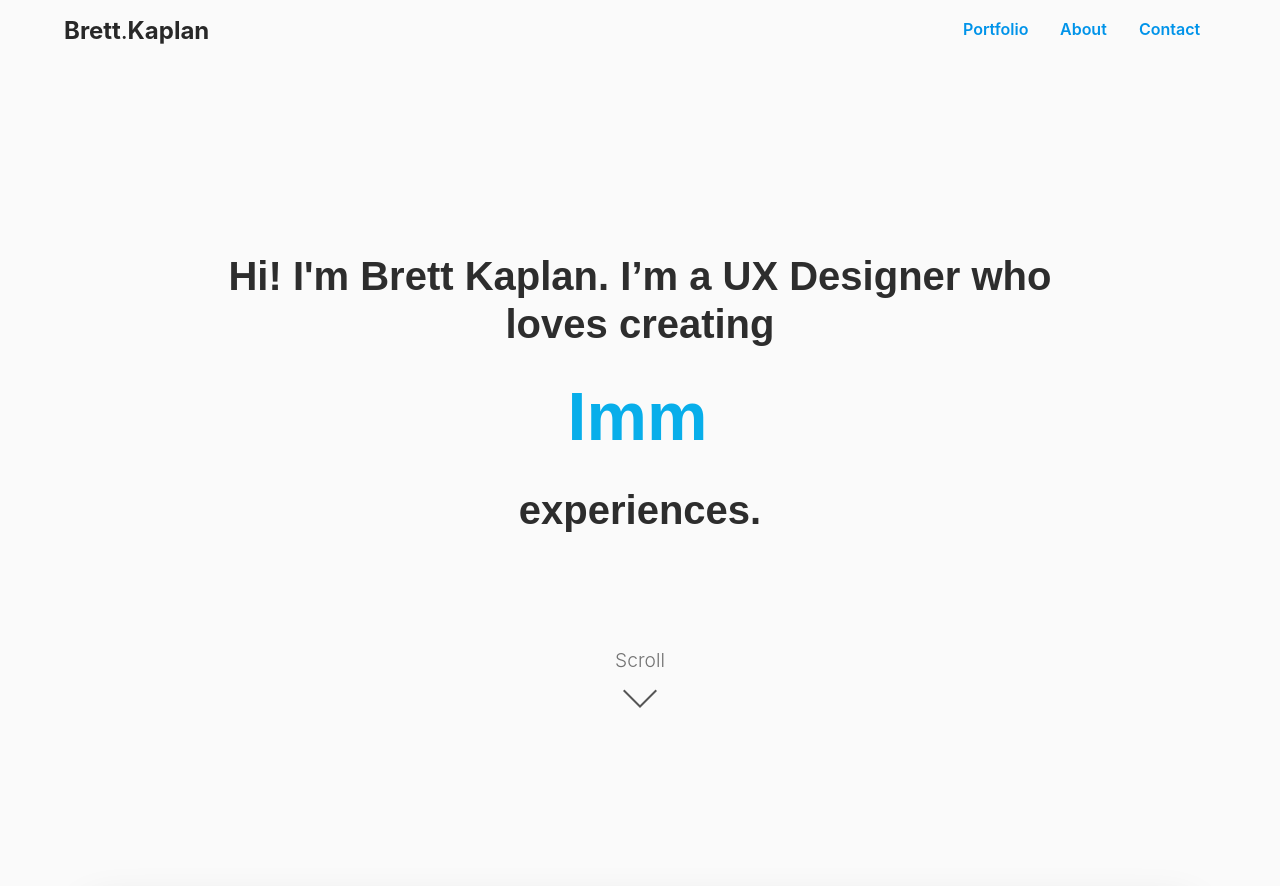
Repository: bkap1690/bkap1690.github.io
Page: index.html
These files come from the project's save history. The page is drawn as it stood at one moment and after the next save; the edit follows.
The browser window is 1280 px wide. The pictures show the part of the page from y = 0 to 886 px (the page is 2190 px tall).
A picture or video elsewhere on the page could not be fetched, so the positions and the page height are approximate. Some web libraries are served in a nearby version.

Above is the page before, as saved 2020-10-12 22:17:54.
Console error: TypeError: Cannot set properties of null (setting 'className')

### index.html
<!DOCTYPE html>
<html lang="en">

<head>
  <meta charset="UTF-8">
  <meta name="viewport" content="width=device-width, initial-scale=1.0">
  <meta http-equiv="X-UA-Compatible" content="ie=edge">
  <meta name="Description" content="Enter your description here" />
  <link rel="stylesheet" href="https://cdnjs.cloudflare.com/ajax/libs/twitter-bootstrap/4.5.0/css/bootstrap.min.css">
  <link rel="stylesheet" href="https://cdnjs.cloudflare.com/ajax/libs/font-awesome/5.13.0/css/all.min.css">
  <link rel="stylesheet" href="css/style.min.css">
  <link rel="stylesheet" href="css/hover-min.css">
  <link href="https://unpkg.com/aos@2.3.1/dist/aos.css" rel="stylesheet">
  <title>Brett Kaplan</title>
</head>
<script>
  document.body.className = 'js';
</script>

<body>
  <header>
    <nav class="navbar navbar-expand-lg navbar-light bg-light fixed-top">
      <a class="navbar-brand nav-logo pl-lg-5" href="#">Brett<span id="logo-dot">.</span>Kaplan</a>
      <button class="navbar-toggler" type="button" data-toggle="collapse" data-target="#navbarSupportedContent"
        aria-controls="navbarSupportedContent" aria-expanded="false" aria-label="Toggle navigation">
        <span class="navbar-toggler-icon"></span>
      </button>

      <div class="collapse navbar-collapse justify-content-end" id="navbarSupportedContent">
        <ul class="navbar-nav pr-lg-5">
          <li class="nav-item active">
            <a class="main-nav-link hvr-underline-from-center mx-3 px-0" href="index.html">Portfolio <span
                class="sr-only">(current)</span></a>
          </li>
          <li class="nav-item">
            <a class="main-nav-link hvr-underline-from-center mx-3 px-0" href="about.html">About</a>
          </li>
          <li class="nav-item">
            <a class="main-nav-link hvr-underline-from-center mx-3 px-0" href="contact.html">Contact</a>
          </li>
        </ul>
      </div>
    </nav>
  </header>
  <div class="top-content container-fluid">
    <div class="row justify-content-center align-items-center">
      <!-- Content here -->
      <div class="headline col-lg-8 col-md-12">
        <h1 class="heading text-center">
          Hi! I'm Brett Kaplan. I’m a UX Designer who loves creating
        </h1>
        <h1 class="typing heading text-center">
          <span class="txt-rotate" data-period="2000"
            data-rotate='[ "enjoyable", "immersive", "people-focused" ]'></span>
        </h1>
        <h1 class="heading text-center">
          experiences.
        </h1>
      </div>
      <!-- <div class="floating-images col-lg-4 col-md-12">
        <ul class="floating-images__container">

          <li class="floating-image">
            <div class="image img-container">
              <img src="dist/img/hero-images/x06-news_app_concept.png.pagespeed.ic.EnncIiBDpJ.webp" alt="">
            </div>
          </li>
          <li class="floating-image">
            <div class="image img-container">
              <img src="dist/img/hero-images/x07-newsletter_landing_page.png.pagespeed.ic.LBzXV0xePM.webp" alt="">
            </div>
          </li>
          <li class="floating-image">
            <div class="image img-container">
              <img src="dist/img/hero-images/x08-landing-page-template.png.pagespeed.ic.x9f71mSB3h.webp" alt="">
            </div>
          </li>
          <li class="floating-image">
            <div class="image img-container">
              <img src="dist/img/hero-images/x09-hero_idea__2.png.pagespeed.ic.W4DFxZuD9m.webp" alt="">
            </div>
          </li>
          <li class="floating-image">
            <div class="image img-container">
              <img src="assets/CityPupsMocks_thumbnail.png" alt="">
            </div>
          </li>
          <li class="floating-image">
            <div class="image img-container">
              <img src="dist/img/hero-images/x11-looper_wallpapers.png.pagespeed.ic.aa73FLs4iI.webp" alt="">
            </div>
          </li>
        </ul>
      </div> -->
    </div>
    <div class="scroll d-flex justify-content-center mt-5 pt-2"><a href="#section1">Scroll</a></div>
    <div id="section04" class="d-flex mt-1 justify-content-center">
      <a href="#section1"></a>
    </div>
  </div>





  <section id="section1" class="section-gap">
    <div class="container col-centered">
      <a href="./sportsstream.html">
        <div class="my-5 py-6 aos-init aos-animate" data-aos="fade-up" data-aos-duration="600">

          <div class="row card-project-big justify-content-between align-items-center">

            <div class="col-md-6 card-round-lg card-round-sm card-gradient-blue">
              <img width="100%" src="assets/sportsstream_app_case_study_hero.png" aria-label="Image" role="img">
            </div>

            <div class="col-md-6">
              <div class="card-body">
                <h5 class="card-title">SportsStream App</h5>
                <p class="card-subtitle">UX Design | UX Research | UI Design | Information
                  Architecture
                </p>
                <p class="card-text">Access all sporting games and events within a dedicated sports streaming app.</p>
              </div>
            </div>
          </div>
        </div>
      </a>

      <a href="./sportsstream.html">
        <div class="my-5 py-6 aos-init aos-animate" data-aos="fade-up" data-aos-duration="600">

          <div class="row card-project-big justify-content-between align-items-center">
            <div class="col-md-6 card-round-lg card-round-sm card-gradient-orange">
              <img width="100%" src="assets/CityPupsMocks_Big.svg" aria-label="Image" role="img">

            </div>
            <div class="col-md-6">
              <div class="card-body">
                <h5 class="card-title">CityPups</h5>
                <p class="card-subtitle">UX Design | UX Research | UI Design | Interaction
                  Design</p>
                <p class="card-text">Helping city-goers match with dogs suited to the city lifestyle.</p>
              </div>
            </div>
          </div>
        </div>
      </a>
      <!-- <a href="./sportsstream.html">
        <div class="my-5 py-6 aos-init aos-animate" data-aos="fade-up" data-aos-duration="600">

          <div class="row card-project-big justify-content-between align-items-center">
            <div class="col-md-6 card-round-lg card-round-sm card-gradient-red">
              <img width=" 100%" src="" aria-label="Image" role="img">

            </div>
            <div class="col-md-6">
              <div class="card-body">
                <h5 class="card-title">Card title</h5>
                <p class="card-text">It's a broader card with text below as a natural lead-in to extra content. This
                  content is a little longer.</p>
                <p class="card-text"><small class="text-muted">Last updated 3 mins ago</small></p>
              </div>
            </div>
          </div>
        </div>
      </a> -->

    </div>

    <!--------------- Grid Project List Style -- To Be Used At A Later Date ----------------->

    <!-- <ul class="thumbnail-grid">

        <a href="./sportsstream.html">
          <li data-aos="fade-up" data-aos-duration="600" class="thumbnail-grid-item aos-init aos-animate">
            <div class="card-project"
              style="background-image: url('assets/sportsstream_app_case_study_hero.png'); background-size: contain; background-repeat: no-repeat;">
              <div class="card-bottom">
                <h4 class="card-title">
                  SportsStream App
                </h4>
                <h5 class="card-subtitle">
                  UX/UI Design, Research, AI
                </h5>
                <p class="card-content">
                  Stream your favorite sports.
                </p>
              </div>
            </div>
          </li>
        </a>


        <a href="./citypups.html">
          <li data-aos="fade-up" data-aos-duration="600" data-aos-delay="200"
            class="thumbnail-grid-item aos-init aos-animate">
            <div class="card-project"
              style="background-image: url('assets/CityPupsMocks.png'); background-size: contain; background-repeat: no-repeat;">
              <div class="card-bottom">
                <h4 class="card-title">
                  CityPups Website
                </h4>
                <h5 class="card-subtitle">
                  UX/UI Design, Interaction Design
                </h5>
                <p class="card-content">
                  Helping city-goers find dogs.
                </p>
              </div>
            </div>
          </li>
        </a>
        <br>
        <br>
        <br>
        <a href="./works/mirror-mirror.html">
          <li data-aos="fade-up" data-aos-duration="600" data-aos-delay="200" data-aos-offset="-50"
            class="thumbnail-grid-item aos-init aos-animate">
            <div class="card-project"
              style="background-image: url('assets/CityPupsMocks.png'); background-size: contain; background-repeat: no-repeat;">
              <div class="card-bottom">
                <h4 class="card-title">
                  Relayto Platform
                </h4>
                <h5 class="card-subtitle">
                  UX Design, UX Research, AI
                </h5>
                <p class="card-content">
                  Easily transform your static PDFs into web-based presentations
                </p>
              </div>
            </div>
          </li>
        </a>

        <a href="./works/THD.html">
          <li data-aos="fade-up" data-aos-duration="600" data-aos-delay="200"
            class="thumbnail-grid-item aos-init aos-animate">
            <div class="card-project"
              style="background-image: url('assets/CityPupsMocks.png'); background-size: contain; background-repeat: no-repeat;">
              <div class="card-bottom">
                <h4 class="card-title">
                  My Home Depot Internship
                </h4>
                <h5 class="card-subtitle">
                  UX/UI Design, UX Research, Internship
                </h5>
                <p class="card-content">
                  What I learned and what I could have done during my Home Depot internship.
                </p>
              </div>
            </div>
          </li>
        </a>
      </ul> -->
    </div>
  </section>
  <a class="hidden" href="" id="scroll-to-top"><i class="fa fa-chevron-up" aria-hidden="true"></i></a>
  <!-- Footer -->
  <footer class="page-footer">

    <!-- Footer Elements -->
    <div class="container d-flex justify-content-center">

      <!-- Grid row-->
      <div class="row">

        <!-- Grid column -->
        <div class="col-md-12 pt-5 pb-2">
          <div class=" flex-center">

            <!-- Facebook -->
            <a class="sl-ic" href="" target="_blank">
              <i class="fab fa-facebook-f fa-lg white-text mr-md-4 mr-3"> </i>
            </a>
            <!--Linkedin -->
            <a class="sl-ic" href="" target="_blank">
              <i class="fab fa-linkedin-in fa-lg white-text mr-md-4 mr-3"> </i>
            </a>
            <!--Dribbble -->
            <a class="sl-ic" href="" target="_blank">
              <i class="fab fa-dribbble fa-lg white-text mr-md-4 mr-3"> </i>
            </a>
          </div>
        </div>
        <!-- Grid column -->

      </div>
      <!-- Grid row-->

    </div>
    <!-- Footer Elements -->

    <!-- Copyright -->
    <div class="footer-copyright text-center py-3">© 2020 Copyright:
      <a href="https://mdbootstrap.com/"> brettkaplan.design</a>
    </div>
    <!-- Copyright -->

  </footer>
  <!-- Footer -->
  <section class="test2"></section>
  <script src="https://unpkg.com/aos@next/dist/aos.js"></script>
  <script>
    AOS.init();
  </script>

  <script src="https://code.jquery.com/jquery-3.5.1.min.js"
    integrity="sha256-9/aliU8dGd2tb6OSsuzixeV4y/faTqgFtohetphbbj0=" crossorigin="anonymous"></script>
  <script src="https://cdnjs.cloudflare.com/ajax/libs/popper.js/1.16.1/umd/popper.min.js"></script>
  <script src="https://cdnjs.cloudflare.com/ajax/libs/twitter-bootstrap/4.5.0/js/bootstrap.min.js"></script>
  <script type="text/javascript" src="js/js.js"></script>
</body>

</html>

### js/js.js
$(document).ready(function () {
  $("#secondary-nav").hide();

  // Add smooth scrolling to all links
  $("a").on("click", function (event) {
    // Make sure this.hash has a value before overriding default behavior
    if (this.hash !== "") {
      // Prevent default anchor click behavior
      event.preventDefault();

      // Store hash
      var hash = this.hash;

      // Using jQuery's animate() method to add smooth page scroll
      // The optional number (800) specifies the number of milliseconds it takes to scroll to the specified area
      $("html, body").animate({
          scrollTop: $(hash).offset().top,
        },
        800,
        function () {
          // Add hash (#) to URL when done scrolling (default click behavior)
          window.location.hash = hash;
        }
      );
    } // End if
  });
});

// Typing Effect on Hero Header

var TxtRotate = function (el, toRotate, period) {
  this.toRotate = toRotate;
  this.el = el;
  this.loopNum = 0;
  this.period = parseInt(period, 10) || 1000;
  this.txt = "";
  this.tick();
  this.isDeleting = false;
};

TxtRotate.prototype.tick = function () {
  var i = this.loopNum % this.toRotate.length;
  var fullTxt = this.toRotate[i];

  if (this.isDeleting) {
    this.txt = fullTxt.substring(0, this.txt.length - 1);
  } else {
    this.txt = fullTxt.substring(0, this.txt.length + 1);
  }

  this.el.innerHTML = '<span class="wrap">' + this.txt + "</span>";

  var that = this;
  var delta = 300 - Math.random() * 100;

  if (this.isDeleting) {
    delta /= 2;
  }

  if (!this.isDeleting && this.txt === fullTxt) {
    delta = this.period;
    this.isDeleting = true;
  } else if (this.isDeleting && this.txt === "") {
    this.isDeleting = false;
    this.loopNum++;
    delta = 500;
  }

  setTimeout(function () {
    that.tick();
  }, delta);
};

window.onload = function () {
  var elements = document.getElementsByClassName("txt-rotate");
  for (var i = 0; i < elements.length; i++) {
    var toRotate = elements[i].getAttribute("data-rotate");
    var period = elements[i].getAttribute("data-period");
    if (toRotate) {
      new TxtRotate(elements[i], JSON.parse(toRotate), period);
    }
  }
  // INJECT CSS
  var css = document.createElement("style");
  css.type = "text/css";
  css.innerHTML =
    ".txt-rotate > .wrap { border-right: 0.08em solid transparent }";
  document.body.appendChild(css);
};

$(function () {
  $(window).scroll(function (e) {
    if ($(this).scrollTop() > 800) {
      $("#secondary-nav").fadeIn("slow");
    } else {
      $("#secondary-nav").fadeOut("fast");
    }
  });
});



//Cross-browser smooth-scroll JS:

$('a[href^="#"]').on("click", function (e) {
  e.preventDefault();

  var target = this.hash;
  var $target = $(target);

  $("html, body")
    .stop()
    .animate({
        scrollTop: $target.offset().top,
      },
      700,
      "swing",
      function () {
        window.location.hash = target;
      }
    );
});

//Check to see if the window is top if not then display button
$(window).scroll(function () {
  if ($(this).scrollTop() > 300) {
    $("#scroll-to-top").fadeIn();
  } else {
    $("#scroll-to-top").fadeOut();
  }
});




//Click event to scroll to top
$("#scroll-to-top").click(function () {
  $("html, body").animate({
      scrollTop: 0,
    },
    600
  );
  return false;
});

$(document).ready(function () {
  var getMax = function () {
    return $(document).height() - $(window).height();
  };

  var getValue = function () {
    return $(window).scrollTop();
  };

  if ("max" in document.createElement("progress")) {
    var progressBar = $("progress");

    progressBar.attr({
      max: getMax(),
    });

    $(document).on("scroll", function () {
      progressBar.attr({
        value: getValue(),
      });
    });

    $(window).resize(function () {
      progressBar.attr({
        max: getMax(),
        value: getValue(),
      });
    });
  } else {
    var progressBar = $(".progress-bar"),
      max = getMax(),
      value,
      width;

    var getWidth = function () {
      value = getValue();
      width = (value / max) * 100;
      width = width + "%";
      return width;
    };

    var setWidth = function () {
      progressBar.css({
        width: getWidth(),
      });
    };

    $(document).on("scroll", setWidth);
    $(window).on("resize", function () {
      max = getMax();
      setWidth();
    });
  }
});

$(window).scroll(function () {
  $("nav").toggleClass("scrolled", $(this).scrollTop() > 100);
});

Loaded but not shown: css/style.min.css (library); css/hover-min.css (library)

After the next save:
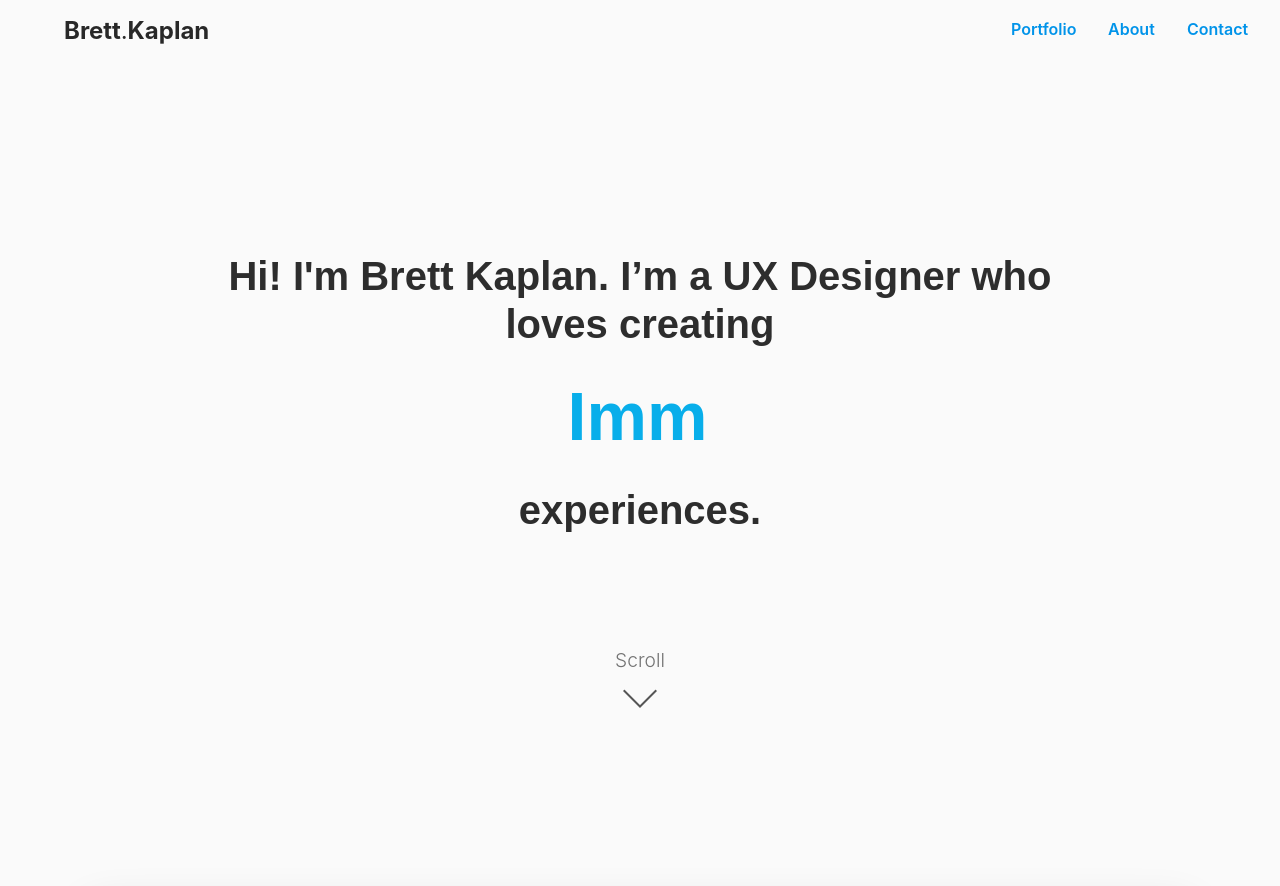
Saved 4 s later.
--- a/index.html
+++ b/index.html
@@ -27,7 +27,7 @@
       </button>
 
       <div class="collapse navbar-collapse justify-content-end" id="navbarSupportedContent">
-        <ul class="navbar-nav pr-lg-5">
+        <ul class="navbar-nav ">
           <li class="nav-item active">
             <a class="main-nav-link hvr-underline-from-center mx-3 px-0" href="index.html">Portfolio <span
                 class="sr-only">(current)</span></a>

After the save that followed:
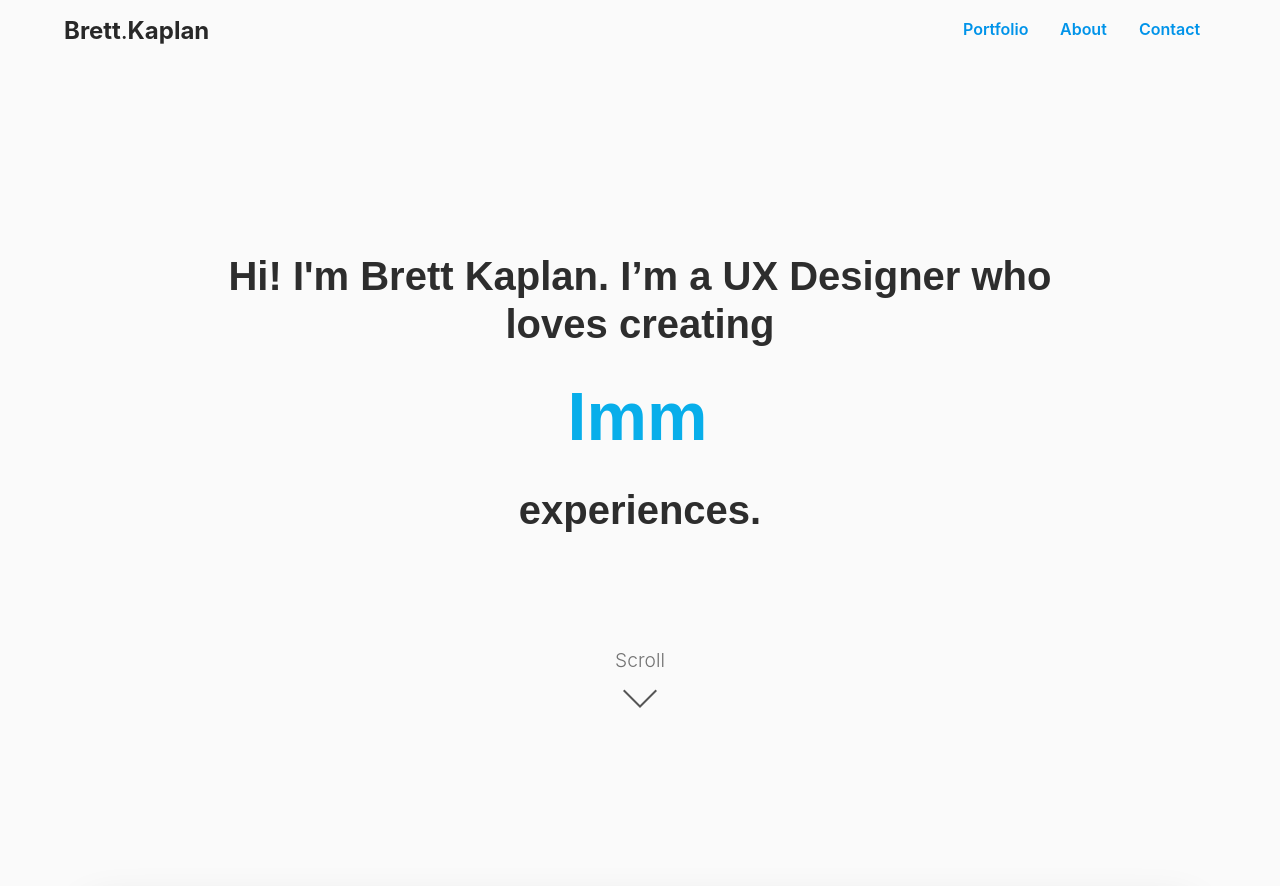
Saved 8 s later.
--- a/index.html
+++ b/index.html
@@ -27,7 +27,7 @@
       </button>
 
       <div class="collapse navbar-collapse justify-content-end" id="navbarSupportedContent">
-        <ul class="navbar-nav ">
+        <ul class="navbar-nav pr-lg-5">
           <li class="nav-item active">
             <a class="main-nav-link hvr-underline-from-center mx-3 px-0" href="index.html">Portfolio <span
                 class="sr-only">(current)</span></a>
